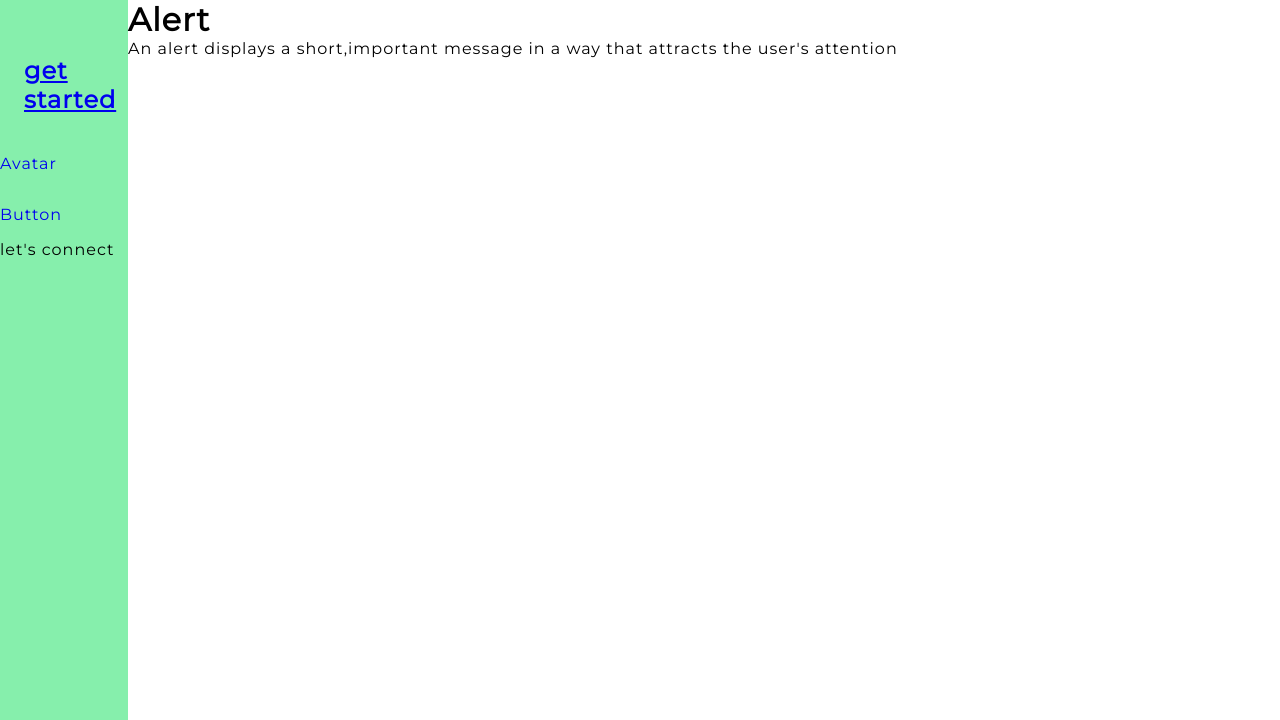
Repository: Anasooya2601/Components_UI
Page: components/Alert/Alert.html
The author's editor kept a copy of each file at every save. The page is drawn from the files as they stood at one save, then again after the next save.
The browser window is 1280 px wide. The pictures show the whole page.

Above is the page before, as saved 2022-02-12 01:34:11.
Not found: components/
Not found: components/Avatar/index.css

After the next save:
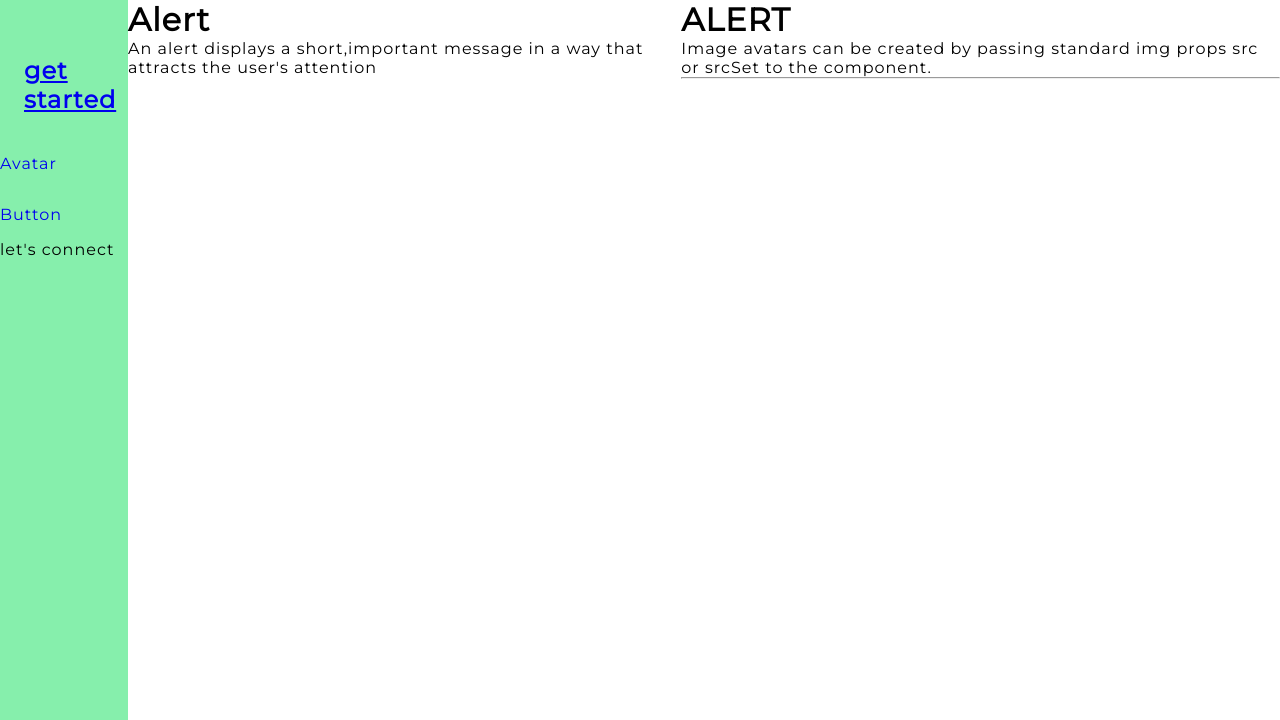
Saved 8 h 0 min later.
--- a/components/Alert/Alert.html
+++ b/components/Alert/Alert.html
@@ -42,7 +42,17 @@
             <p>An alert displays a short,important message in a way that attracts the user's attention</p>
         </div>
     </div>
-    <div class="main-content">
+    <div class="header">
+        <div class="section-header">
+            <div>
+                <h1 class="text-header">ALERT</h1>
+                    <p class="para">
+                        Image avatars can be created by passing standard img props src or srcSet to the component.
+                    </p>
+              <hr>
+
+            </div>
+        </div>
 
     </div>
 </div>
